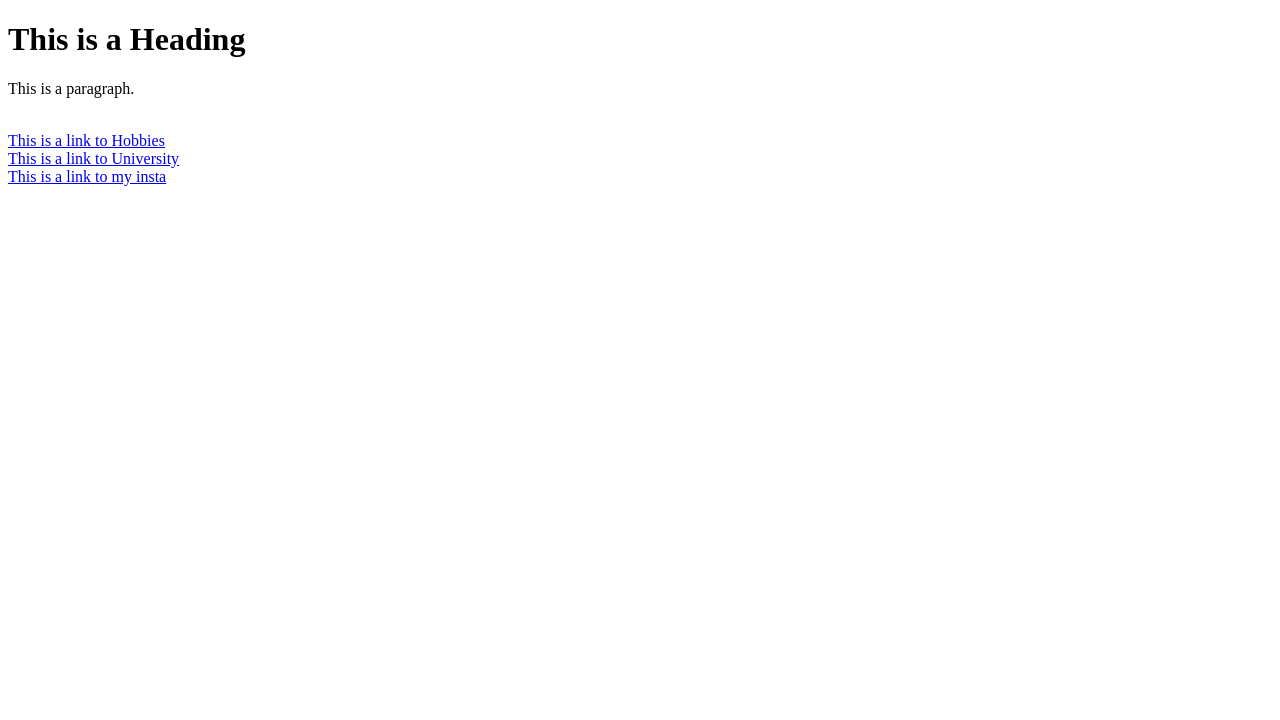
Repository: mativan15/mativan15
Page: academics.html
These files come from the project's save history. The page is drawn as it stood at one moment and after the next save; the edit follows.
The browser window is 1280 px wide. The pictures show the whole page.

Above is the page before, as saved 2023-11-02 18:27:27.

### academics.html
<!DOCTYPE html>
<html lang="en">
<head>
    <meta charset="UTF-8">
    <meta name="viewport" content="width=device-width, initial-scale=1.0">
    <title>Iván Sardón - Academics</title>
</head>
<body>
    <h1>This is a Heading</h1>
    <p>This is a paragraph.</p>
    <br>
    <a href="hobbies.html">This is a link to Hobbies</a><br>
    <a href="university.html">This is a link to University</a><br>
    <a href="https://www.instagram.com/ivimatthiass/">This is a link to my insta</a>

</body>
</html>

After the next save:
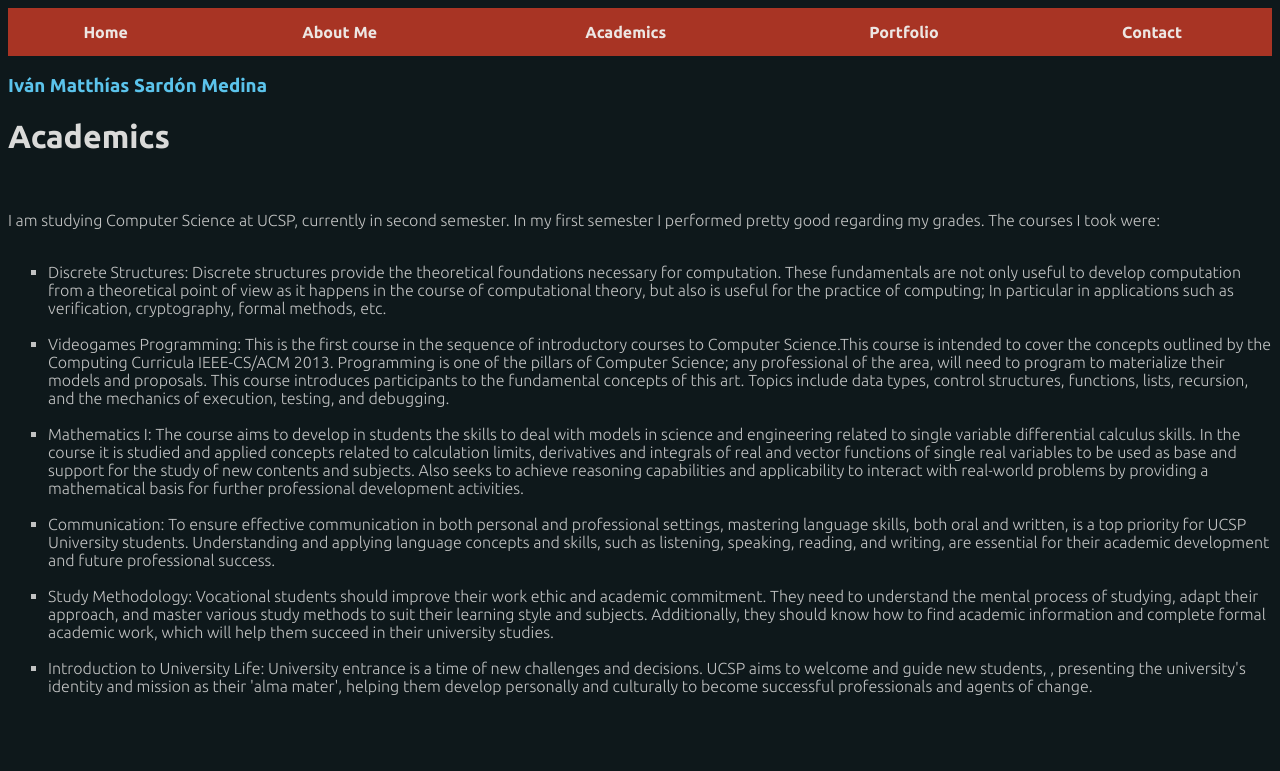
Saved 5 s later.
--- a/academics.html
+++ b/academics.html
@@ -1,17 +1,78 @@
 <!DOCTYPE html>
 <html lang="en">
 <head>
+    <link rel="stylesheet" href="https://fonts.googleapis.com/css2?family=Ubuntu:ital,wght@0,300;0,400;0,700;1,300;1,400;1,500;1,700&display=swap">
+    <link rel="icon" type="image/x-icon" href="favicon.ico">
     <meta charset="UTF-8">
     <meta name="viewport" content="width=device-width, initial-scale=1.0">
-    <title>Iván Sardón - Academics</title>
+    <title>Iván Matthías Sardón Medina - HomePage</title>
+    <link rel="icon" type="image/x-icon" href="icon.png">
+    <style>
+        body {font-family: 'Ubuntu', sans-serif;
+        }
+        .normal-text {font-weight: 300;
+        }
+        .bold-text {font-weight: 700;
+        }
+        .light-text {font-weight: 200;
+        }
+        .medium-text {font-weight: 500;
+        }
+        .black-text {font-weight: 900;
+        }
+    </style>
 </head>
-<body>
-    <h1>This is a Heading</h1>
-    <p>This is a paragraph.</p>
+
+<body style="background-color: rgb(14,24,27);font-family: Ubuntu;">
+
+    <table width="100%" cellspacing="5" cellpadding="10" style="background-color: rgb(168,52,36);">
+        <tr>
+            <td align="center"><a href="index.html" style="color: rgb(237,230,227); text-decoration: none;" onclick=this.style.color = rgb(218,218,217);><b>Home</b></a></td>
+            <td align="center"><a href="aboutme.html" style="color: rgb(237,230,227); text-decoration: none;" onclick=this.style.color = rgb(218,218,217);><b>About Me</b></a></td>
+            <td align="center"><a href="academics.html" style="color: rgb(237,230,227); text-decoration: none;" onclick=this.style.color = rgb(218,218,217);><b>Academics</b></a></td>
+            <td align="center"><a href="portfolio.html" style="color: rgb(237,230,227); text-decoration: none;" onclick=this.style.color = rgb(218,218,217);><b>Portfolio</b></a></td>
+            <td align="center"><a href="contact.html" style="color: rgb(237,230,227); text-decoration: none;" onclick=this.style.color = rgb(218,218,217);><b>Contact</b></a></td>
+        </tr>
+    </table>
+
+    <h3 style="color: rgb(91,195,235);">Iván Matthías Sardón Medina</h3>
+
+    <h1 style="color: rgb(218,218,217);"> Academics </h1><br>
+    <p style="color: rgb(193,194,194);"class="normal-text">
+        I am studying Computer Science at UCSP, currently in second semester. In my first semester I performed pretty good regarding my grades. The courses I took were:
+        <ul style="list-style-type: square; color: rgb(193,194,194);"class="normal-text">
+            <br><li> Discrete Structures: Discrete structures provide the theoretical foundations necessary for computation. These fundamentals are not only
+                useful to develop computation from a theoretical point of view as it happens in the course of computational theory,
+                but also is useful for the practice of computing; In particular in applications such as verification, cryptography, formal
+                methods, etc.</li>
+            <br><li> Videogames Programming: This is the first course in the sequence of introductory courses to Computer Science.This course is intended to cover the
+                concepts outlined by the Computing Curricula IEEE-CS/ACM 2013. Programming is one of the pillars of Computer
+                Science; any professional of the area, will need to program to materialize their models and proposals. This course
+                introduces participants to the fundamental concepts of this art. Topics include data types, control structures, functions,
+                lists, recursion, and the mechanics of execution, testing, and debugging.
+                </li>
+            <br><li> Mathematics I: The course aims to develop in students the skills to deal with models in science and engineering related to single variable
+                differential calculus skills. In the course it is studied and applied concepts related to calculation limits, derivatives and
+                integrals of real and vector functions of single real variables to be used as base and support for the study of new contents
+                and subjects. Also seeks to achieve reasoning capabilities and applicability to interact with real-world problems by
+                providing a mathematical basis for further professional development activities.
+                </li>
+            <br><li> Communication: To ensure effective communication in both personal and professional settings, mastering language skills,
+                 both oral and written, is a top priority for UCSP University students. Understanding and applying language concepts and skills, such as
+                 listening, speaking, reading, and writing, are essential for their academic development and future professional success.
+                </li>
+            <br><li>  Study Methodology: Vocational students should improve their work ethic and academic commitment. They need to understand the
+                mental process of studying, adapt their approach, and master various study methods to suit their learning style and subjects. Additionally, they
+                should know how to find academic information and complete formal academic work, which will help them succeed in their university studies.
+            </li>
+            <br><li> Introduction to University Life: University entrance is a time of new challenges and decisions. UCSP aims to welcome and
+                guide new students, , presenting the university's identity and mission as their 'alma mater', helping them develop personally and culturally to become successful professionals and agents of change.</li>
+
+            </ul>
+        <br>
+
+    </p>
     <br>
-    <a href="hobbies.html">This is a link to Hobbies</a><br>
-    <a href="university.html">This is a link to University</a><br>
-    <a href="https://www.instagram.com/ivimatthiass/">This is a link to my insta</a>
 
 </body>
 </html>
